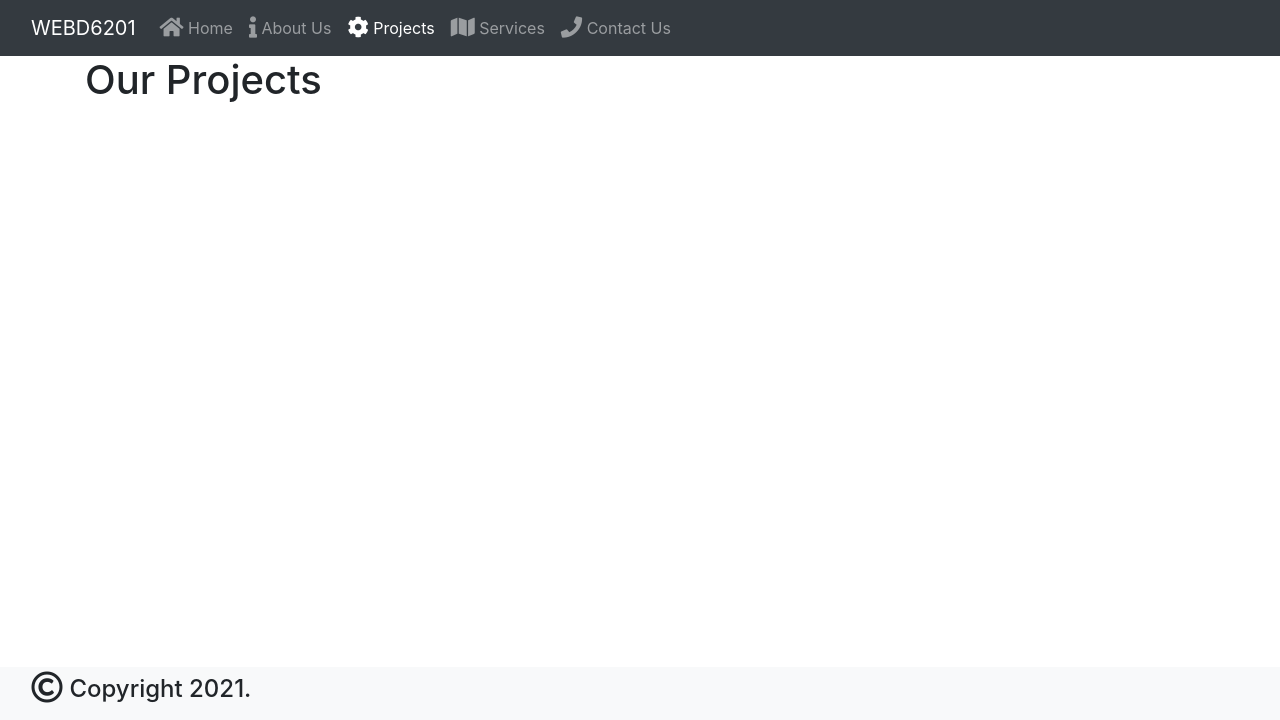
Repository: JonathonWager/Webd6202Lab1
Page: projects.html
These files come from the project's save history. The page is drawn as it stood at one moment and after the next save; the edit follows.
The browser window is 1280 px wide. The pictures show the whole page.

Above is the page before, as saved 2021-02-05 18:57:21.
Not found: Content/app.css

After the next save:
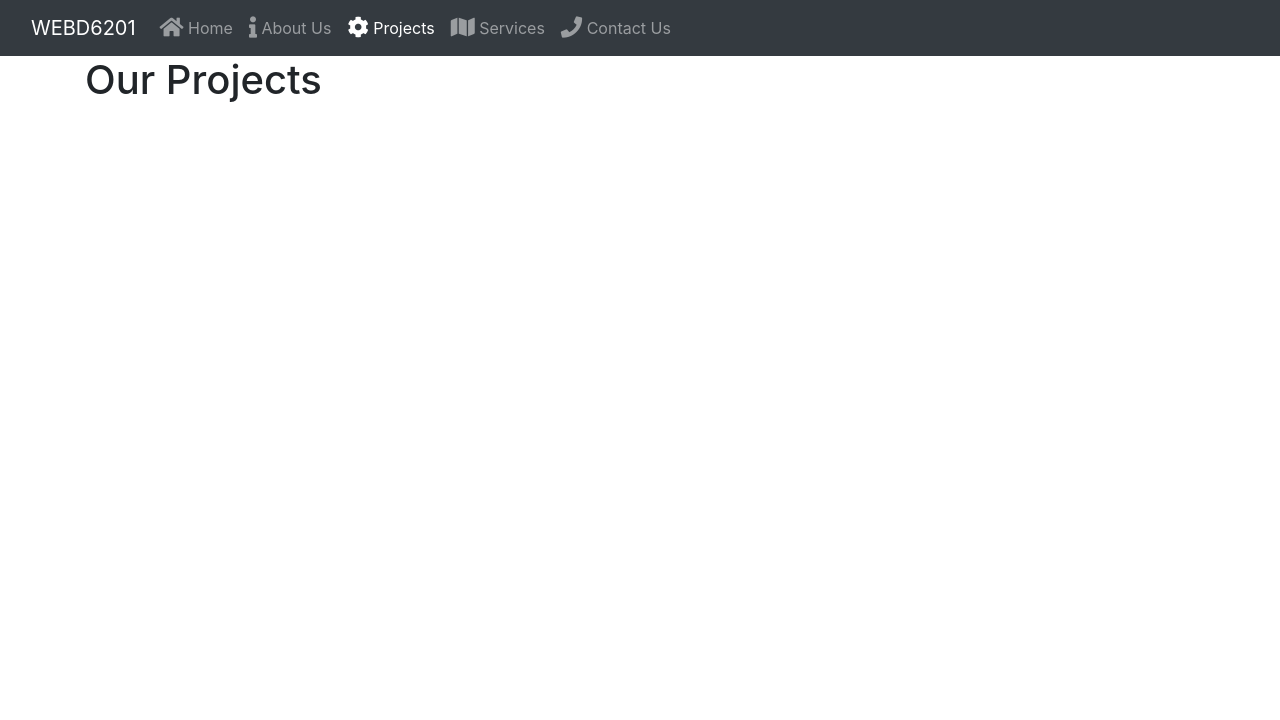
Saved 9 s later.
--- a/projects.html
+++ b/projects.html
@@ -53,11 +53,7 @@
 
     <!-- Main Footer -->
     <footer>
-        <nav class="navbar fixed-bottom navbar-light bg-light">
-            <div class="container-fluid">
-              <h4><i class="far fa-copyright fa-lg"></i> Copyright 2021.</h4>
-            </div>
-          </nav>
+
     </footer>
 
     <!-- Script Section-->
